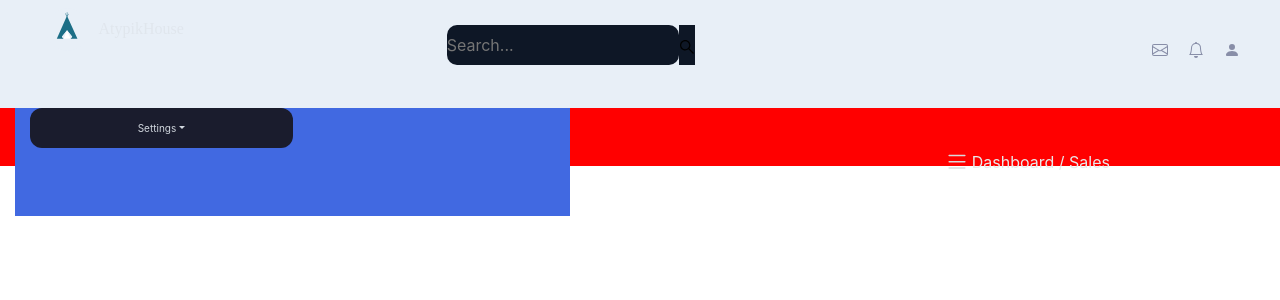
Repository: kifack/API-Symfony-AtypikHouse
Page: / (app in admin-frontend/)
An editor plug-in stored every save of this project. The page is shown before and after the next save, followed by the edit.
The browser window is 1280 px wide. The pictures show the whole page.
Some web libraries are served in a nearby version. The project was rebuilt for these pictures with package versions that can differ from the ones it lists, and the page was loaded fresh each time. Also part of the build but not shown: admin-frontend/src/css/Responsive.css, admin-frontend/src/css/admin/navbar.css, admin-frontend/src/components/template_parts/Header.js, admin-frontend/src/components/template_parts/Footer.js, admin-frontend/src/components/template_parts/Sidebar.js, admin-frontend/src/components/partials/LocationEntry.js, admin-frontend/src/components/template_parts/Spinner.js, admin-frontend/src/actions/location.js and 26 more.

Above is the page before, as saved 2020-10-01 19:21:25.

After the next save:
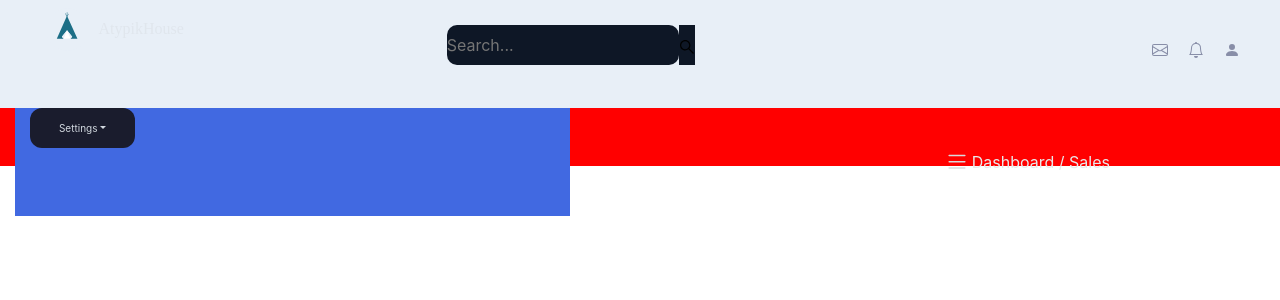
Saved 4 s later.
--- a/admin-frontend/src/css/App.css
+++ b/admin-frontend/src/css/App.css
@@ -212,7 +212,7 @@ button#setting {
   background-color: #1a1c2d;
   color: #d2d8df;
   font-size: 10px;
-  width: 50%;
+  width: 20%;
 
   border-radius: 12px;
 
